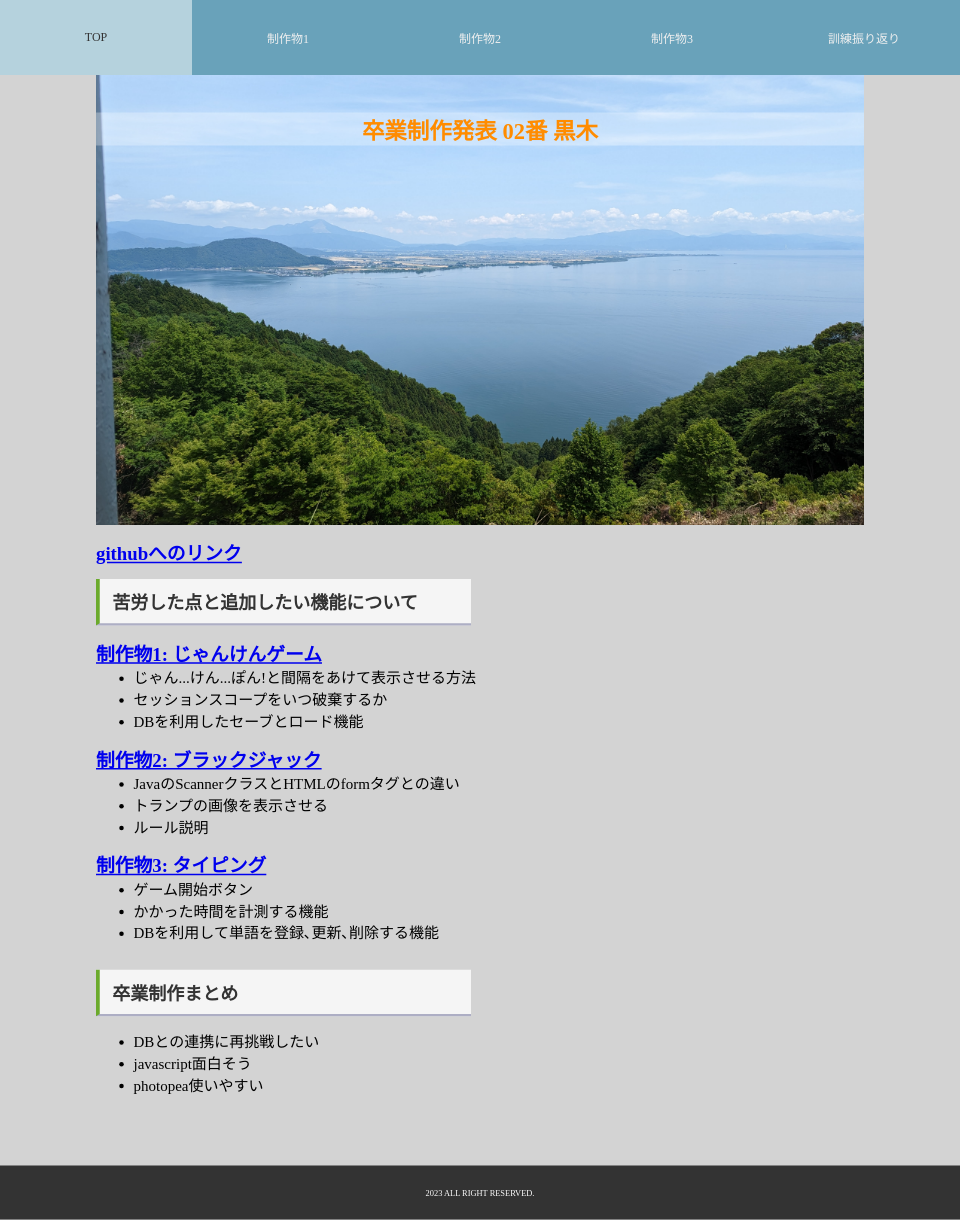
Repository: yuki-kuro/portfolio
Page: BJServletRensyu2/src/main/webapp/卒業制作/index.html
The author's editor kept a copy of each file at every save. The page is drawn from the files as they stood at one save, then again after the next save.
The browser window is 1280 px wide. The pictures show the whole page, at 75% of full size.

Above is the page before, as saved 2023-06-27 04:56:14.

After the next save:
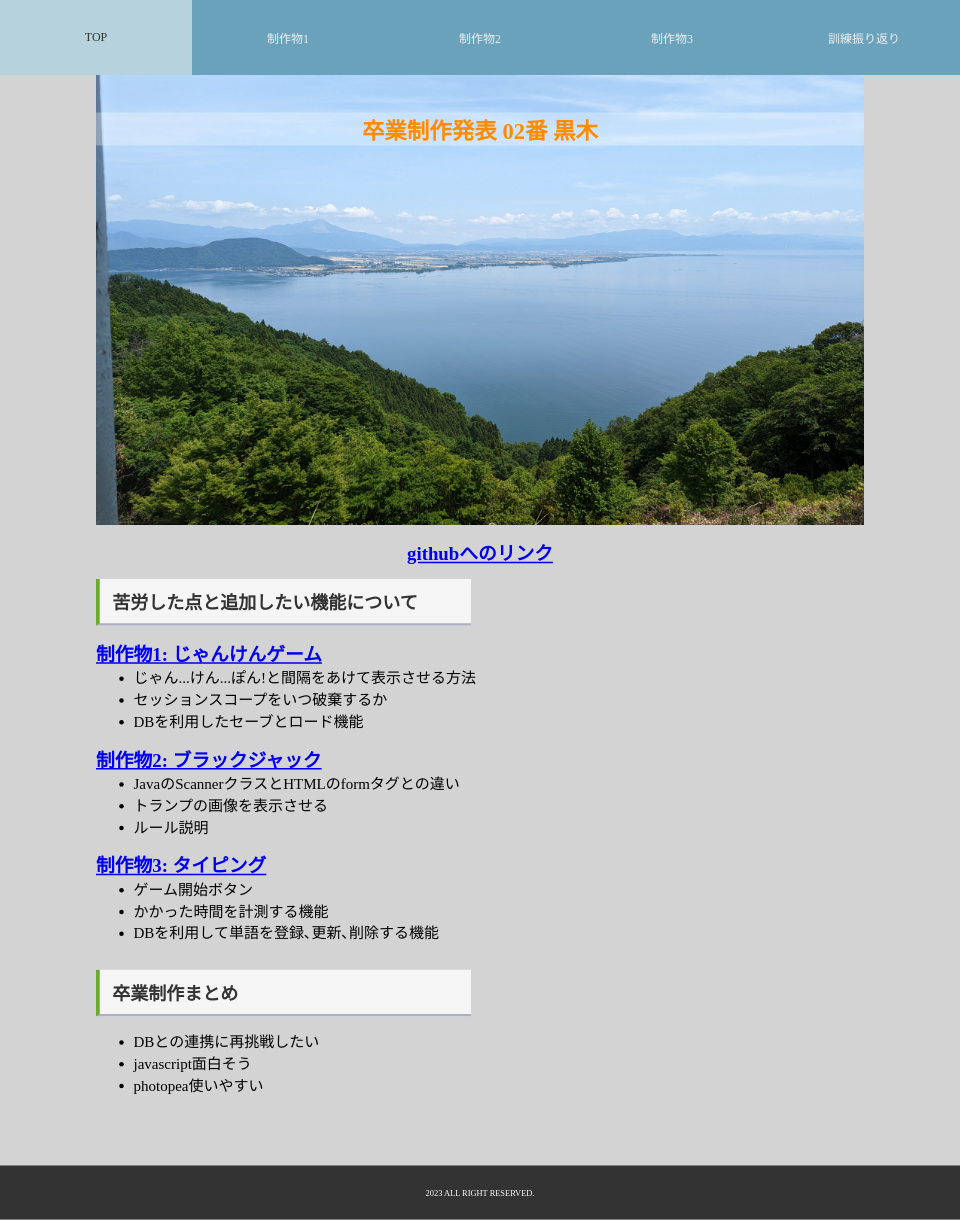
Saved 84 s later.
--- a/BJServletRensyu2/src/main/webapp/卒業制作/css/sotugyouseisaku.css
+++ b/BJServletRensyu2/src/main/webapp/卒業制作/css/sotugyouseisaku.css
@@ -18,7 +18,8 @@ h1.toppage{
 	margin-top: -250px;
   }
   .github{
-margin:50% auto;
+	display: block;
+	text-align: center;
   }
   .setumei {
 margin-left: 50px;
